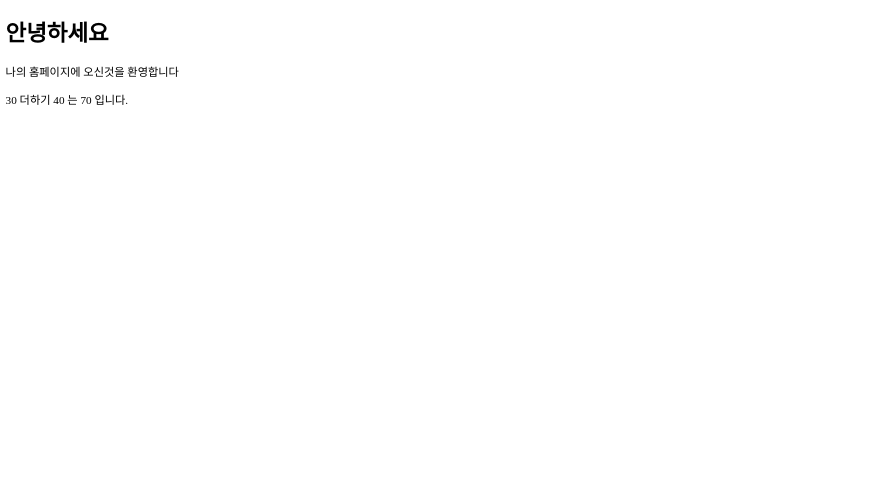
Repository: whdghks8021/Spring
Page: http://localhost/SpMVC001/
These files come from the project's save history. The page is drawn as it stood at one moment and after the next save; the edit follows.
The browser window is 1280 px wide. The pictures show the part of the page from y = 0 to 1920 px (the page is 720 px tall before and 4169 px after), at 70% of full size.
The page is served by Tomcat 9. Other server files are loaded and not shown.

Above is the page before, as saved 2019-01-17 04:04:09.

### SpMVC001/src/main/webapp/index.jsp
<%@ page language="java" contentType="text/html; charset=UTF-8"
    pageEncoding="UTF-8"%>
   <%
   	int intNum1 = 30;
   	int intNum2 = 40;

   	int intSum = intNum1 + intNum2 ;
   %>
<!DOCTYPE html>
<html>
<head>
<meta charset="UTF-8">
<title>Insert title here</title>
</head>
<body>
	<h1>안녕하세요</h1>
	<p>나의 홈페이지에 오신것을 환영합니다</p>
	<p><%= intNum1 %> 더하기 <%= intNum2 %> 는 <%= intSum %> 입니다.</p>
</body>
</html>

After the next save:
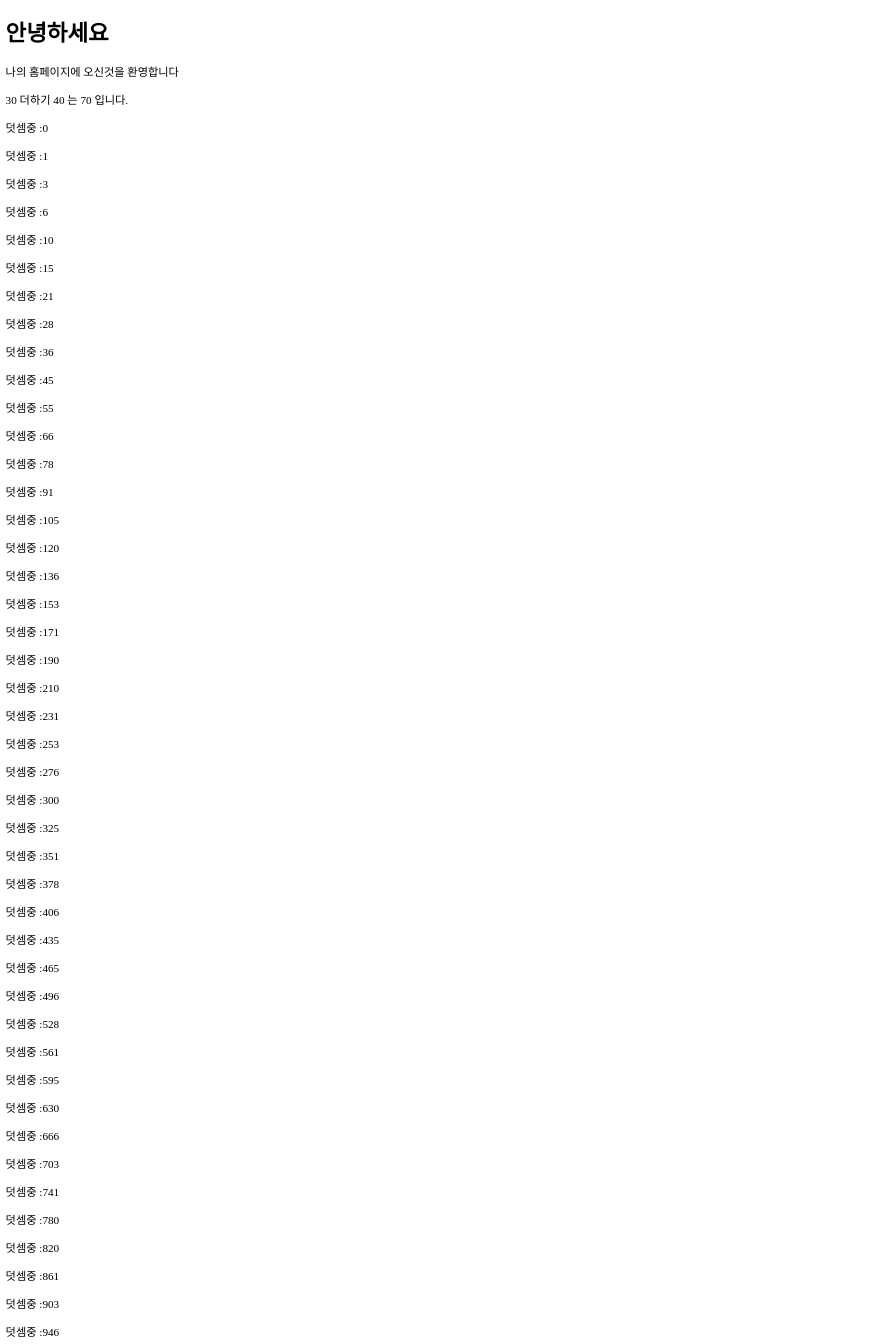
Saved 9 min 22 s later.
--- a/SpMVC001/src/main/webapp/index.jsp
+++ b/SpMVC001/src/main/webapp/index.jsp
@@ -1,11 +1,11 @@
 <%@ page language="java" contentType="text/html; charset=UTF-8"
-    pageEncoding="UTF-8"%>
-   <%
-   	int intNum1 = 30;
-   	int intNum2 = 40;
+	pageEncoding="UTF-8"%>
+<%
+	int intNum1 = 30;
+	int intNum2 = 40;
 
-   	int intSum = intNum1 + intNum2 ;
-   %>
+	int intSum = intNum1 + intNum2;
+%>
 <!DOCTYPE html>
 <html>
 <head>
@@ -15,6 +15,21 @@
 <body>
 	<h1>안녕하세요</h1>
 	<p>나의 홈페이지에 오신것을 환영합니다</p>
-	<p><%= intNum1 %> 더하기 <%= intNum2 %> 는 <%= intSum %> 입니다.</p>
+	<p><%=intNum1%>
+		더하기
+		<%=intNum2%>
+		는
+		<%=intSum%>
+		입니다.
+	</p>
+	<%
+		intSum = 0;
+		for (int i = 0; i < 100; i++) {
+			intSum += i ;
+	%>
+			<p>덧셈중 :<%=intSum %>
+	<%
+		}
+	%>
 </body>
 </html>
